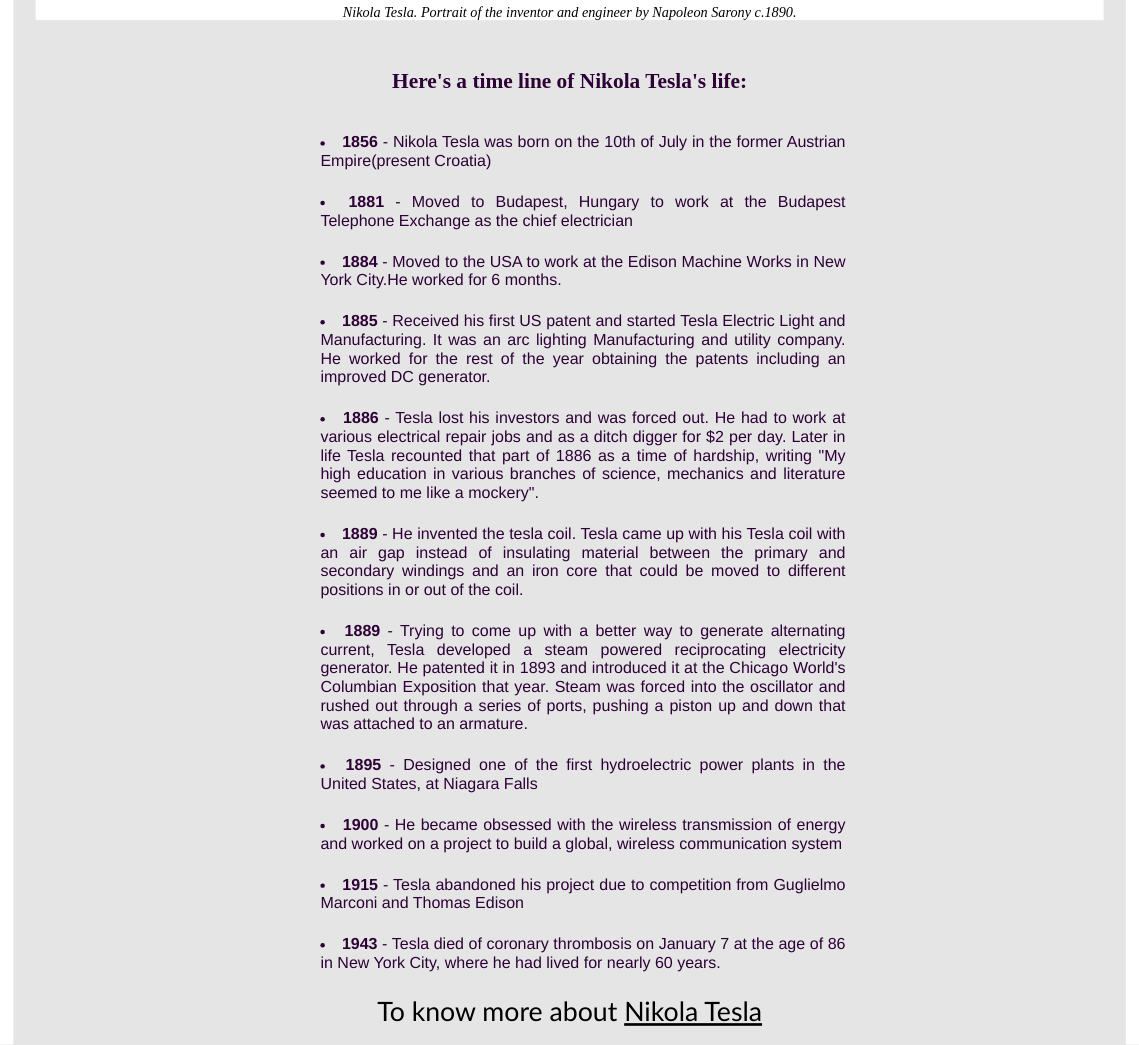
Repository: Avishka217/Tribute-Page
Page: index.html
These files come from the project's save history. The page is drawn as it stood at one moment and after the next save; the edit follows.
The browser window is 1280 px wide. The pictures show the part of the page from y = 576 to 1750 px (the page is 1750 px tall), at 89% of full size.
A picture or video elsewhere on the page could not be fetched, so the positions and the page height are approximate.

Above is the page before, as saved 2020-03-18 20:07:59.

After the next save:
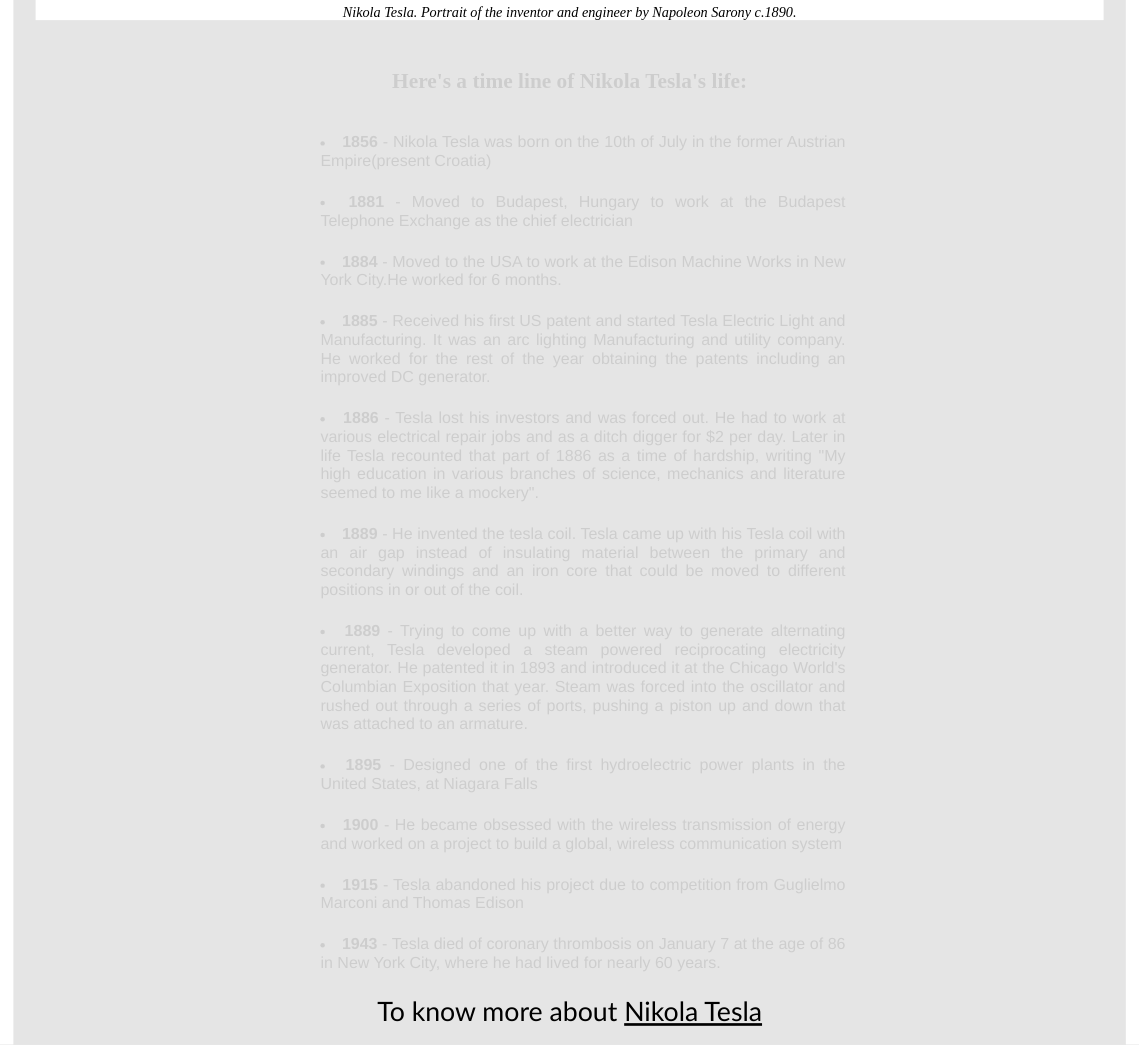
Saved 11 s later.
--- a/styles.css
+++ b/styles.css
@@ -71,7 +71,7 @@
 
 #tribute-info{
 
-  color: rgb(45, 0, 54, 2);
+  color: rgb(0, 0, 0, 0.1);
   display: block;
   width: 100%;
   position: relative;
